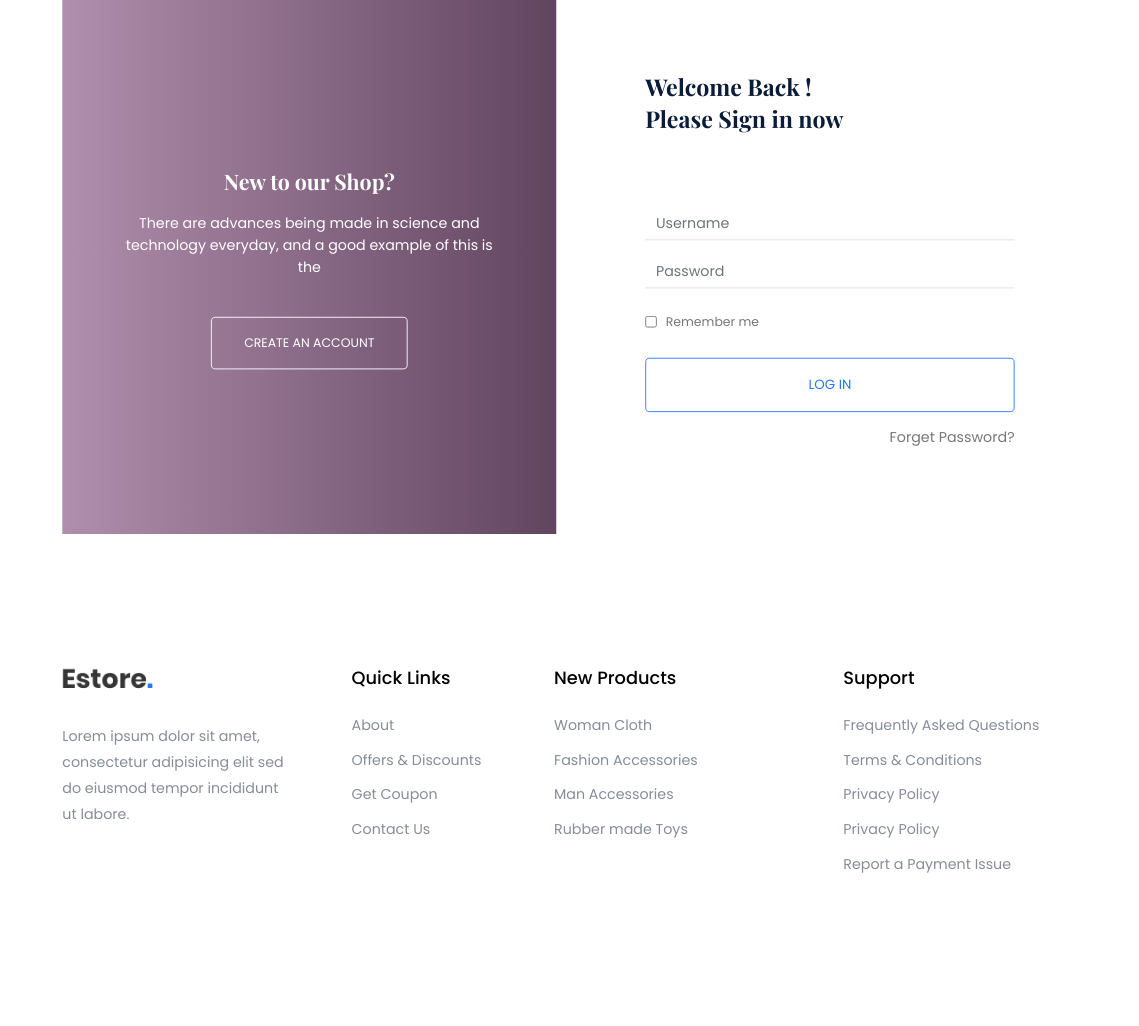
Repository: tuanloc782004/Estore-Bookshop-Website
Page: http://localhost/auth/login
These files come from the project's save history. The page is drawn as it stood at one moment and after the next save; the edit follows.
The browser window is 1280 px wide. The pictures show the whole page, at 89% of full size.
Some web fonts or font styles are not loaded; a fallback is used. The page is this project's Thymeleaf template; nobody is signed in. The template is opened directly, without the code that normally fills it, so the values that code supplies are empty.

Above is the page before, as saved 2024-10-26 03:08:25.

After the next save:
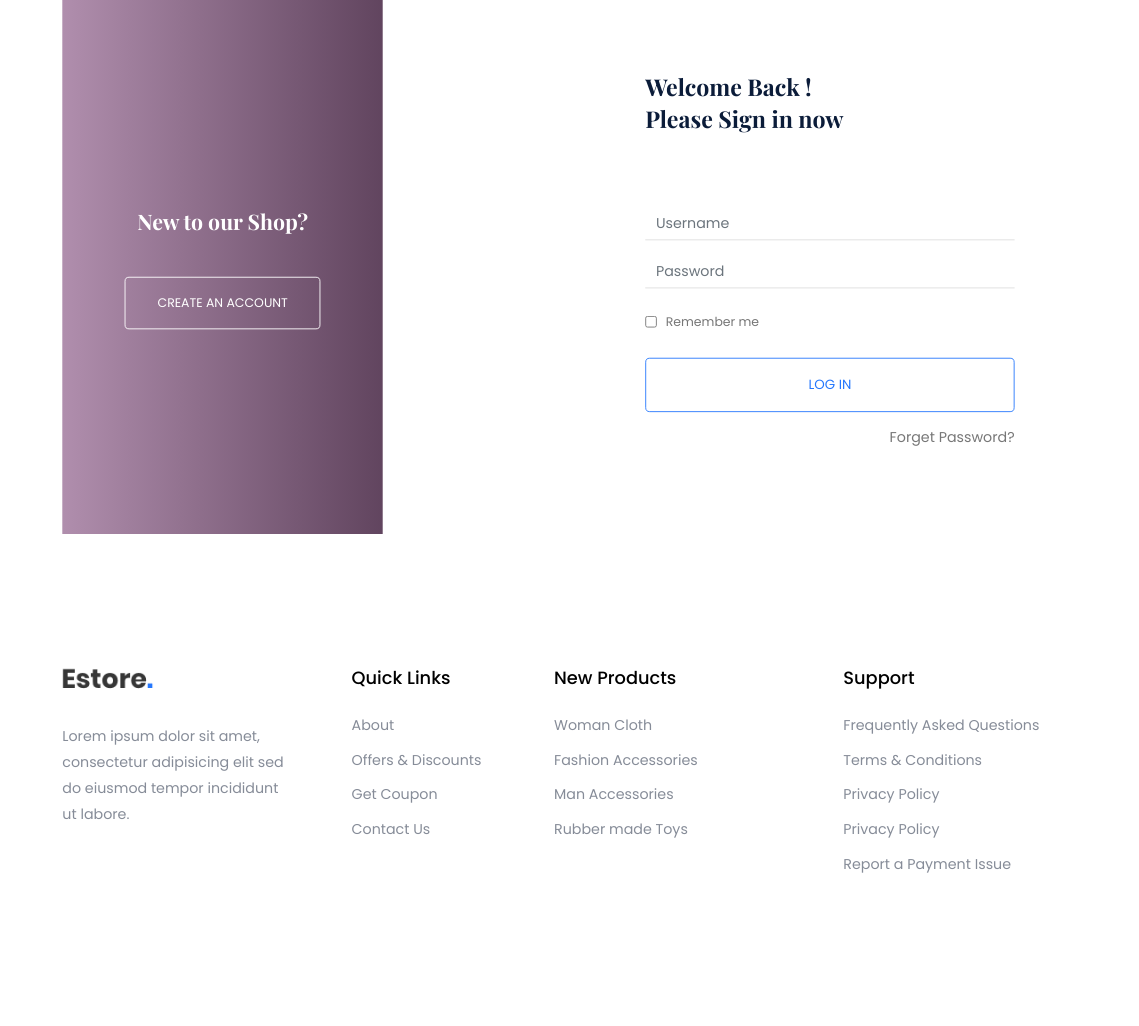
Saved 100 s later.
--- a/myscp/src/main/resources/templates/auth/login.html
+++ b/myscp/src/main/resources/templates/auth/login.html
@@ -14,8 +14,6 @@
 					<div class="login_part_text text-center">
 						<div class="login_part_text_iner">
 							<h2>New to our Shop?</h2>
-							<p>There are advances being made in science and technology
-								everyday, and a good example of this is the</p>
 							<a href="#" class="btn_3">Create an Account</a>
 						</div>
 					</div>

After the save that followed:
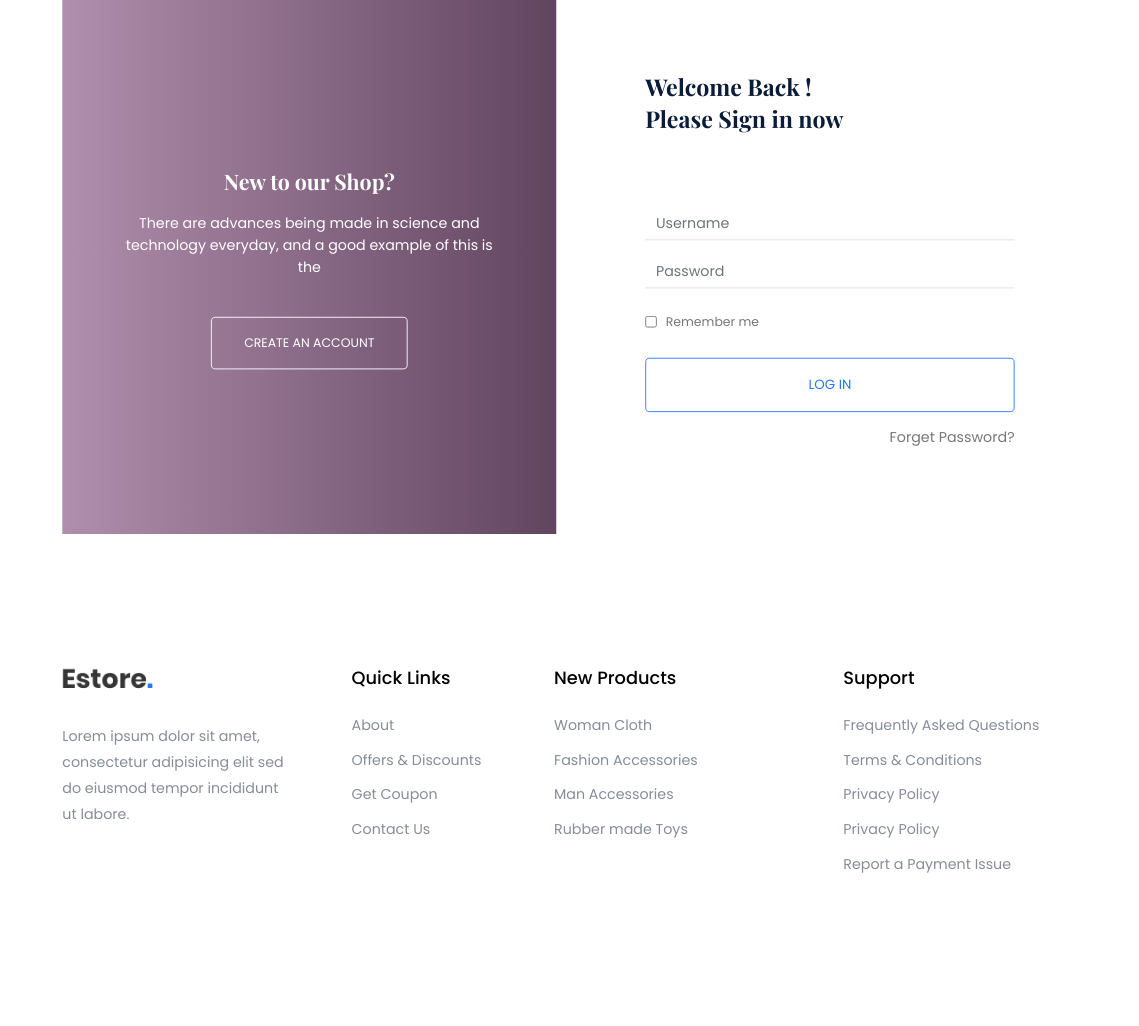
Saved 13 s later.
--- a/myscp/src/main/resources/templates/auth/login.html
+++ b/myscp/src/main/resources/templates/auth/login.html
@@ -14,6 +14,8 @@
 					<div class="login_part_text text-center">
 						<div class="login_part_text_iner">
 							<h2>New to our Shop?</h2>
+							<p>There are advances being made in science and technology
+								everyday, and a good example of this is the</p>
 							<a href="#" class="btn_3">Create an Account</a>
 						</div>
 					</div>
